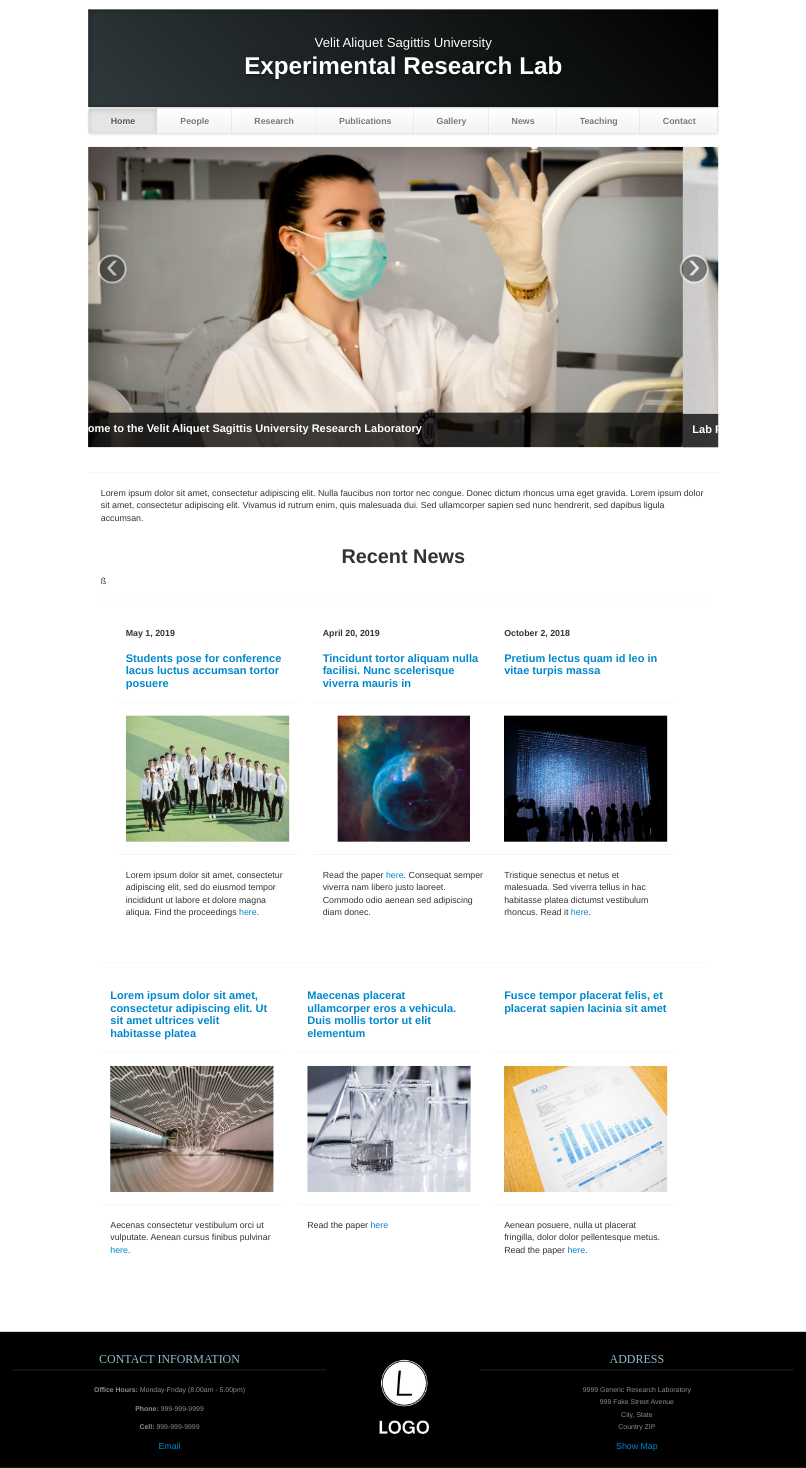
Repository: IAEUC/iaeuc.github.io
Page: index.html
An editor plug-in stored every save of this project. The page is shown before and after the next save, followed by the edit.
The browser window is 1280 px wide. The pictures show the whole page, at 63% of full size.

Above is the page before, as saved 2025-08-07 17:12:45.

### index.html
<!DOCTYPE html>
<html lang="en">
   <head>
      <meta charset="utf-8">
      <title>Generic Research Lab Template - Home</title>
      <meta name="viewport" content="width=device-width, initial-scale=1.0">
      <meta name="description" content="Research Lab, Home, Velit Aliquet Sagittis University">
      <meta name="author" content="">
      <!-- Le styles -->
      <link href="css/bootstrap.min.css" rel="stylesheet">
      <link href="css/bootstrap-responsive.min.css" rel="stylesheet">
      <link href="css/theme.css" rel="stylesheet">
   </head>
   <body>
      <div class="container">
         <header class="jumbotron subhead" id="overview">
            <p class="lead"> Velit Aliquet Sagittis University </p>
            <h1>Experimental Research Lab</h1>
         </header>
         <div class="masthead">
            <div class="navbar">
               <div class="navbar-inner">
                  <div class="container">
                     <ul class="nav">
                        <li class="active"><a href="#">Home</a></li>
                        <li><a href="people.html">People</a></li>
                        <li><a href="research.html">Research</a></li>
                        <li><a href="publications.html">Publications</a></li>
                        <li><a href="gallery.html">Gallery</a></li>
                        <li><a href="news.html">News</a></li>
                        <li><a href="teaching.html">Teaching</a></li>
                        <li><a href="contact.html">Contact</a></li>
                     </ul>
                  </div>
               </div>
            </div>
         </div>
         <div class="row-fluid">
            <div class="span12">
               <div id="main-carousel" class="carousel slide">
                  <div class="carousel-inner">
                     <div class="item active">
                        <img src="images/ani-kolleshi-crop3.JPG" class="carousel-image" alt="">
                        <div class="carousel-caption">
                           <h4>Welcome to the Velit Aliquet Sagittis University Research Laboratory</h4>
                           <!-- -->
                           <p></p>
                        </div>
                     </div>
                     <div class="item">
                        <img src="images/microscope-crop1.JPG" class="carousel-image" alt="">
                        <div class="carousel-caption">
                           <h4>Lab Photos</h4>
                           <p></p>
                        </div>
                     </div>
                     <div class="item">
                        <img src="images/building-crop1.JPG" class="carousel-image" alt="">
                        <div class="carousel-caption">
                           <h4>Main Building Photo</h4>
                           <p></p>
                        </div>
                     </div>
                  </div>
                  <a class="left carousel-control" href="#main-carousel" data-slide="prev">‹</a>
                  <a class="right carousel-control" href="#main-carousel" data-slide="next">›</a>
               </div>
            </div>
         </div>
         <hr>
         <div class="container-fluid">
            <div class="row-fluid marketing">
               <div class="span12">
                  <p>
                     Lorem ipsum dolor sit amet, consectetur adipiscing elit. Nulla faucibus non tortor nec congue.
                     Donec dictum rhoncus urna eget gravida. Lorem ipsum dolor sit amet, consectetur adipiscing elit.
                     Vivamus id rutrum enim, quis malesuada dui. Sed ullamcorper sapien sed nunc hendrerit, sed dapibus
                     ligula accumsan.
                  </p>
                  <br/>
               </div>
               <div class="row-fluid">
                  <hr>
                  <h2 class="centered">Recent News</h2>ß
                  <hr>
               </div>
               <div class="span4 feature-item">
                  <h5> <span class="date"> May 1, 2019 </span> </h5>
                  <h4 class="feature-heading">
                     <a href="https://unsplash.com/photos/CPmrdbbpnXg">
                     Students pose for conference lacus luctus accumsan tortor posuere
                     </a>
                     <br/>
                  </h4>
                  <hr>
                  <div class="centered">
                     <a href="https://unsplash.com/photos/CPmrdbbpnXg">
                     <img src="thumbs/jerry-zhang-1281608-unsplash.jpg" alt=""></a>
                  </div>
                  <hr>
                  <p>
                     Lorem ipsum dolor sit amet, consectetur adipiscing elit, sed do eiusmod tempor incididunt ut labore et
                     dolore magna aliqua.
                     Find the proceedings <a href="https://unsplash.com/photos/CPmrdbbpnXg">here</a>.
                  </p>
                  <br/>
                  <br/>
               </div>
               <div class="span4 feature-item">
                  <h5> <span class="date">April 20, 2019</span> </h5>
                  <h4 class="feature-heading">
                     <a href="https://unsplash.com/photos/rTZW4f02zY8">
                     Tincidunt tortor aliquam nulla facilisi. Nunc scelerisque viverra mauris in
                     </a>
                  </h4>
                  <hr>
                  <div class="centered">
                     <a href="https://unsplash.com/photos/rTZW4f02zY8">
                     <img src="thumbs/nasa-89125-unsplash.jpg" alt="">
                     </a>
                  </div>
                  <hr>
                  <p>
                     Read the paper
                     <a href="https://unsplash.com/photos/rTZW4f02zY8">here</a>.
                     Consequat semper viverra nam libero justo laoreet. Commodo odio aenean sed adipiscing diam donec.
                  </p>
                  <br/>
               </div>
               <div class="row-fluid">
                  <div class="span4 feature-item">
                     <h5> <span class="date">October 2, 2018</span> </h5>
                     <h4 class="feature-heading">
                        <a href="http://mechanical.illinois.edu/news/miljkovic-pleased-join-%E2%80%98powerhouse%E2%80%99-illinois">
                        Pretium lectus quam id leo in vitae turpis massa
                        <br/>
                        <br/>
                        </a>
                     </h4>
                     <hr>
                     <div class="centered">
                        <a href="https://unsplash.com/photos/WNk-f-TnZDw">
                        <img src="thumbs/rodolfo-cuadros-762364-unsplash.jpg" alt=""></a>
                     </div>
                     <hr>
                     <p>
                        Tristique senectus et netus et malesuada. Sed viverra tellus in hac habitasse platea dictumst vestibulum rhoncus.
                        Read it <a href="https://unsplash.com/photos/WNk-f-TnZDw">here</a>.
                     </p>
                     <br/>
                  </div>
               </div>
               <hr>
            </div>
            <div class="row-fluid">
               <div class="span4 feature-item">
                  <h4 class="feature-heading"><a href="https://unsplash.com/photos/QvbLjB9pHLM">Lorem ipsum dolor sit amet, consectetur adipiscing elit. Ut sit amet ultrices velit habitasse platea</a></h4>
                  <hr>
                  <div class="centered">
                     <a href="https://unsplash.com/photos/QvbLjB9pHLM"><img src="thumbs/ivanov-crop.JPG" alt=""></a>
                  </div>
                  <hr>
                  <p>Aecenas consectetur vestibulum orci ut vulputate. Aenean cursus finibus pulvinar <a href="https://unsplash.com/photos/QvbLjB9pHLM">here</a>. </p>
                  <br/>
               </div>
               <div class="span4 feature-item">
                  <h4 class="feature-heading"><a href="https://unsplash.com/photos/lQGJCMY5qcM">Maecenas placerat ullamcorper eros a vehicula. Duis mollis tortor ut elit elementum</a></h4>
                  <hr>
                  <div class="centered">
                     <a href="https://unsplash.com/photos/lQGJCMY5qcM"><img src="thumbs/beaker-crop.JPG" alt=""></a>
                  </div>
                  <hr>
                  <p>Read the paper <a href="https://unsplash.com/photos/lQGJCMY5qcM">here</a> </p>
               </div>
               <div class="span4 feature-item">
                  <h4 class="feature-heading"><a href="https://unsplash.com/photos/QCbZ4ASLhM8">Fusce tempor placerat felis, et placerat sapien lacinia sit amet<br/><br/><br/></a></h4>
                  <hr>
                  <div class="centered">
                     <a href="https://unsplash.com/photos/QCbZ4ASLhM8"><img src="thumbs/sato-chart.JPG" alt=""></a>
                  </div>
                  <hr>
                  <p> Aenean posuere, nulla ut placerat fringilla, dolor dolor pellentesque metus. Read the paper <a href="https://unsplash.com/photos/QCbZ4ASLhM8">here</a>.</p>
                  <br/>
                  <br/>
                  <br/>
               </div>
            </div>
         </div>
      </div>
      <footer id="footer">
         <div class="container-fluid">
            <div class="row-fluid">
               <div class="span5">
                  <h3>Contact Information</h3>
                  <p><b>Office Hours: </b>Monday-Friday (8.00am - 5.00pm)</p>
                  <p><b>Phone: </b>999-999-9999</p>
                  <p><b>Cell: </b>999-999-9999</p>
                  <a href="mailto:your.email@uni.edu">Email</a>
               </div>
               <div class="span2">
                  <a href="https://mybrandnewlogo.com/"><img src = "thumbs/generic-logo.JPG" alt="research-lab-logo"/></a>
               </div>
               <div class="span5">
                  <h3>Address</h3>
                  <p>9999 Generic Research Laboratory<br>
                     999 Fake Street Avenue<br>
                     City, State<br>
                     Country ZIP
                  </p>
                  <a href="http://maps.google.com/">Show Map</a>
               </div>
            </div>
         </div>
      </footer>

      <!-- Javascript files -->
      <script src="js/jquery-1.9.1.min.js"></script>
      <script src="js/bootstrap.min.js"></script>
      <script> $('#main-carousel').carousel(); </script>
   </body>
</html>

### css/theme.css
body {
	padding-top: 15px;
	padding-bottom: 0px;
}


/* Custom container */

.container {
	margin: 0 auto;
	max-width: 1000px;
}

.container>hr {
	margin: 20px 0
}


/* Customize the navbar links to be fill the entire space of the .navbar */

.navbar .navbar-inner {
	padding: 0
}

.navbar .nav {
	margin: 0;
	display: table;
	width: 100%;
}

.navbar .nav li {
	display: table-cell;
	width: 1%;
	float: none;
}

.navbar .nav li a {
	font-weight: bold;
	text-align: center;
	border-left: 1px solid rgba(255, 255, 255, .75);
	border-right: 1px solid rgba(0, 0, 0, .1);
}

.navbar .nav li:first-child a {
	border-left: 0;
	border-radius: 3px 0 0 3px;
}

.navbar .nav li:last-child a {
	border-right: 0;
	border-radius: 0 3px 3px 0;
}

body>.navbar {
	font-size: 13px
}


/* Change the docs' brand */

body>.navbar .brand {
	padding-right: 0;
	padding-left: 0;
	margin-left: 20px;
	float: right;
	font-weight: bold;
	color: #000;
	text-shadow: 0 1px 0 rgba(255, 255, 255, .1), 0 0 30px rgba(255, 255, 255, .125);
	-webkit-transition: all .2s linear;
	-moz-transition: all .2s linear;
	transition: all .2s linear;
}

body>.navbar .brand:hover {
	text-decoration: none;
	text-shadow: 0 1px 0 rgba(255, 255, 255, .1), 0 0 30px rgba(255, 255, 255, .4);
}


/* Sidenav for Docs
         -------------------------------------------------- */

@media screen and (max-width: 768px) {
	.bs-docs-sidenav {
		display: none !important;
	}
}

.bs-docs-sidenav {
	width: 228px;
	margin: 30px 0 0;
	padding: 0;
	background-color: #fff;
	-webkit-border-radius: 6px;
	-moz-border-radius: 6px;
	border-radius: 6px;
	-webkit-box-shadow: 0 1px 4px rgba(0, 0, 0, .065);
	-moz-box-shadow: 0 1px 4px rgba(0, 0, 0, .065);
	box-shadow: 0 1px 4px rgba(0, 0, 0, .065);
}

.bs-docs-sidenav>li>a {
	display: block;
	width: 200px;
	margin: 0 0 -1px;
	padding: 8px 14px;
	border: 1px solid #e5e5e5;
}

.bs-docs-sidenav>li>a.subhead {
	display: block;
	width: 168px;
	margin: 0 0 -1px;
	padding: 8px 30px;
	border: 1px solid #e5e5e5;
	font-size: 12px;
}

.bs-docs-sidenav>li:first-child>a {
	-webkit-border-radius: 6px 6px 0 0;
	-moz-border-radius: 6px 6px 0 0;
	border-radius: 6px 6px 0 0;
}

.bs-docs-sidenav>li:last-child>a {
	-webkit-border-radius: 0 0 6px 6px;
	-moz-border-radius: 0 0 6px 6px;
	border-radius: 0 0 6px 6px;
}

.bs-docs-sidenav>.active>a {
	position: relative;
	z-index: 2;
	padding: 9px 15px;
	border: 0;
	text-shadow: 0 1px 0 rgba(0, 0, 0, .15);
	-webkit-box-shadow: inset 1px 0 0 rgba(0, 0, 0, .1), inset -1px 0 0 rgba(0, 0, 0, .1);
	-moz-box-shadow: inset 1px 0 0 rgba(0, 0, 0, .1), inset -1px 0 0 rgba(0, 0, 0, .1);
	box-shadow: inset 1px 0 0 rgba(0, 0, 0, .1), inset -1px 0 0 rgba(0, 0, 0, .1);
}

.bs-docs-sidenav>li>a:hover {
	background-color: #f5f5f5
}

.bs-docs-sidenav a:hover .icon-chevron-right {
	opacity: .5
}

.bs-docs-sidenav.affix {
	top: 10px
}

.bs-docs-sidenav.affix-bottom {
	position: absolute;
	top: auto;
	bottom: 270px;
}


/* Responsive
         -------------------------------------------------- */

.affix {
	top: 0px
}

#media {
	margin-top: 70px
}

#media .header {
	margin-left: 0;
	margin-bottom: 56px;
	margin-top: 30px;
}

#media .post_row {
	margin-left: 0;
	margin-bottom: 40px;
}

#media .lastpost_row {
	margin-bottom: 0
}

#media .post_row .post {
	background: #fff;
	/*margin-left: 0;;
    margin-right: 20px;*/
	border-radius: 4px;
	box-shadow: 1px 1px 2px 0px #E0E0E0;
	width: 487px;
	height: 616px;
}

#media .post_row .last {
	margin-right: 0
}

#media .post_row .post .img {
	position: relative;
	text-align: center;
}

#media .post_row .post .img .date {
	background: #E8554E;
	position: absolute;
	padding: 2px 5px;
	top: 0;
	left: 11px;
}

#media .post_row .post .img .date p {
	color: #fff;
	font-size: 14px;
	font-weight: bold;
	font-style: italic;
	margin: 0;
}

#media .post_row .post .img img {
	height: 275px;
	width: 410px;
}

#media .post_row .post .text {
	margin: 18px auto 0;
	width: 83%;
}

#media .post_row .post .text h5 {
	margin: 0 0 8px 0;
	font-size: 20px;
	line-height: 23px;
}

#media .post_row .post .text h5 a {
	color: #333
}

#media .post_row .post .text span.date {
	color: #9F9F9F;
	display: block;
	margin-bottom: 12px;
	font-style: italic;
	font-size: 13px;
}

#media .post_row .post .text p {
	margin: 0;
	line-height: 21px;
	font-size: 14px;
}

#media .post_row .post .author_box {
	margin: 12px auto 20px;
	border-top: 1px solid #EDEDED;
	overflow: hidden;
	text-align: left;
	width: 85%;
	padding-top: 12px;
}

#media .post_row .post .author_box h6 {
	margin: 0 0 3px 0;
	font-size: 13px;
	line-height: 15px;
	font-style: italic;
	font-weight: normal;
	color: #B2B2B2;
}

#media .post_row .post .author_box p {
	color: #B2B2B2;
	font-style: italic;
	font-size: 13px;
	line-height: 14px;
	margin: 0;
}

#media .post_row .post .author_box img {
	float: right
}

#media .post_row .post a.plus_wrapper {
	width: 99%;
	text-align: center;
	background: #fff;
	display: none;
	border-radius: 0px 0px 4px 4px;
	padding: 6px 0px 2px;
	margin: 0 auto 1px;
}

#media .post_row .post a.plus_wrapper span {
	color: #1189D9;
	font-size: 30px;
	font-weight: bold;
}

#media .post_row .post:hover a.plus_wrapper {
	display: block
}

#media .post_row .post:hover {
	box-shadow: 0px 1px 5px 1px rgb(216, 216, 216)
}

#media .post_row .post:hover .text h5 a {
	color: #1189D9
}

.map .box_wrapp {
	position: absolute;
	margin: 15px auto;
	box-shadow: 0 0 7px 0 rgba(26, 26, 26, 0.4);
	padding: 30px 0 30px;
	background: white;
	border-radius: 4px;
	margin-top: 25px;
}

.map .box_wrapp .box_cont {
	margin: 30px auto;
	width: 76%;
}

.section-header {
	text-align: center;
	margin-bottom: 35px;
}

.section-header h1,
.title-text {
	font-weight: bold;
	font-size: 30px;
	margin: 12.5px 0;
	font-weight: 100;
	margin-bottom: 25px;
	line-height: 55px;
}

.feature-item:hover {
	box-shadow: 0px 1px 5px 1px rgb(216, 216, 216)
}

.feature-item img {
	margin-left: 15px;
	margin-right: 15px;
	max-width: 90%;
	height: 200px;
}

.feature-item h5 {
	margin-left: 15px;
	margin-right: 15px;
	margin-top: 20px;
	margin-bottom: 20px;
}

.feature-item p {
	margin-left: 15px;
	margin-right: 15px;
}

.feature-heading {
	margin-top: 20px;
	margin-bottom: 20px;
	margin-left: 15px;
	margin-right: 15px;
}

.feature-heading a:hover {
	text-decoration: none;
}

.feature-button {
	font-size: 16px;
	background-image: none;
	box-shadow: none;
	margin-bottom: 10px;
}

.centered {
	text-align: center;
}

.subhead {
	text-align: left;
	border-bottom: 1px solid #ddd;
}

.jumbotron {
	position: relative;
	padding: 45px 0px 35px 0px;
	color: #fff;
	text-align: center;
	text-shadow: 0 1px 3px rgba(0, 0, 0, .4), 0 0 30px rgba(0, 0, 0, .075);
	background: #30393C;
	background: -moz-linear-gradient(45deg, #30393C 0%, #000000 100%);
	background: -webkit-gradient(linear, left bottom, right top, color-stop(0%, #30393C), color-stop(100%, #30393C));
	background: -webkit-linear-gradient(45deg, #30393C 0%, #000000 100%);
	background: -o-linear-gradient(45deg, #30393C 0%, #000000 100%);
	background: -ms-linear-gradient(45deg, #30393C 0%, #000000 100%);
	background: linear-gradient(45deg, #30393C 0%, #000000 100%) repeat;
	-webkit-box-shadow: inset 0 3px 7px rgba(0, 0, 0, .2), inset 0 -3px 7px rgba(0, 0, 0, .2);
	-moz-box-shadow: inset 0 3px 7px rgba(0, 0, 0, .2), inset 0 -3px 7px rgba(0, 0, 0, .2);
	box-shadow: inset 0 3px 7px rgba(0, 0, 0, .2), inset 0 -3px 7px rgba(0, 0, 0, .2);
}

.jumbotron:after {
	content: '';
	display: block;
	position: absolute;
	top: 0;
	right: 0;
	bottom: 0;
	left: 0;
	opacity: .4;
}

.lead {
	margin-bottom: 0px;
	font-size: 21px;
	font-weight: 200;
	line-height: 15px;
}

img.float-left {
	float: left;
	margin-top: 9px;
	margin-left: 0px;
	margin-right: 30px;
	margin-bottom: 12px;
}

img.float-right {
	float: right;
	margin-top: 9px;
	margin-right: 0px;
	margin-bottom: 12px;
	margin-left: 30px;
}

img.publications-thumb {
	width: 142px;
	height: 188px;
}

.caption {
	margin: 10px;
}

.responsive-video {
	position: relative;
	padding-bottom: 56.25%;
	padding-top: 60px;
	overflow: hidden;
}

.responsive-video iframe,
.responsive-video object,
.responsive-video embed {
	position: absolute;
	top: 0;
	left: 0;
	width: 93.5%;
	height: 93.5%;
}

.video-caption {
	margin: 10px;
}

.accordion {
	margin-bottom: 20px;
	margin-right: 40px;
}

.thumbnail>img.sponsor {
	width: 212px;
	height: 150px;
}

img.carousel-image {
	width: 100%;
}

li.publication {
	margin-bottom: 20px;
}

.page-header h3 a:hover {
	text-decoration: none;
}

iframe.map-frame {
	border: none;
	overflow: hidden;
	margin-top: 10px;
	margin-bottom: 10px;
	margin-left: 0px;
	margin-right: 0px;
	height: 550px;
	width: 100%;
}

ul.sponsors {
	margin-top: 40px;
	margin-bottom: 40px;
}

#footer {
	z-index: 10;
	margin-top: 50px;
	margin-bottom: 0px;
	padding-bottom: 25px;
	border-top-width: 8px;
	border-top-style: solid;
	border-top-color: #2F2F2F;
	background-color: #000000;
	border: 0;
	font-size: 100%;
	font: inherit;
	vertical-align: baseline;
	text-align: center;
}

#footer h3 {
	font-size: 19px;
	text-transform: uppercase;
	font-family: BebasNeueRegular;
	color: #8DBECE;
	border-bottom-width: 1px;
	border-bottom-style: solid;
	border-bottom-color: #30393C;
	line-height: 35px;
	margin-bottom: 20px;
	margin-top: 25px;
	font-weight: normal;
}

#footer a img {
	margin-top: 40px;
}

#footer p,
#footer address {
	color: #8F8F8F;
	font-size: 11px;
}

Loaded but not shown: css/bootstrap.min.css (library); css/bootstrap-responsive.min.css (library); js/jquery-1.9.1.min.js (library); js/bootstrap.min.js (library)

After the next save:
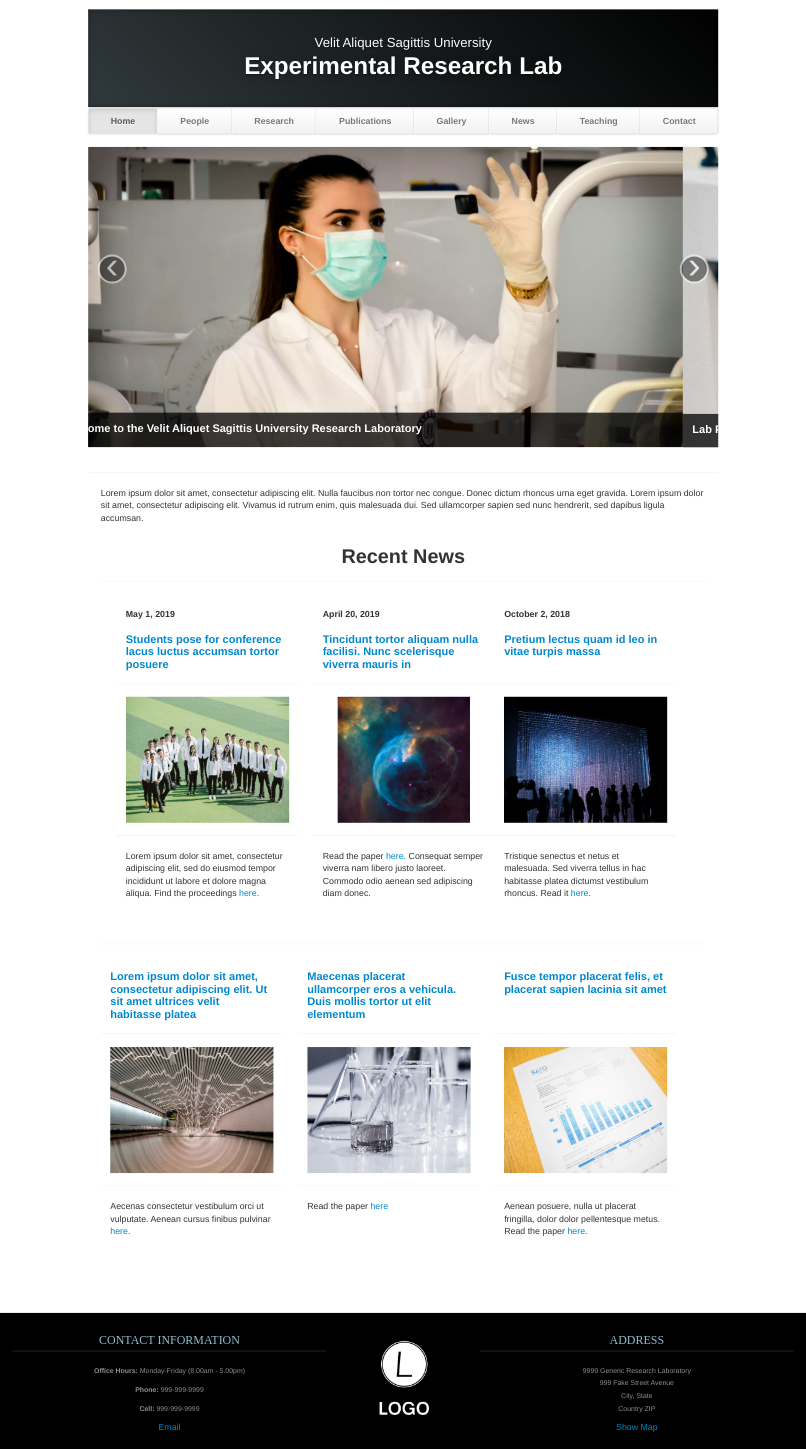
Saved 20 s later.
--- a/index.html
+++ b/index.html
@@ -81,7 +81,7 @@
                </div>
                <div class="row-fluid">
                   <hr>
-                  <h2 class="centered">Recent News</h2>ß
+                  <h2 class="centered">Recent News</h2>
                   <hr>
                </div>
                <div class="span4 feature-item">
